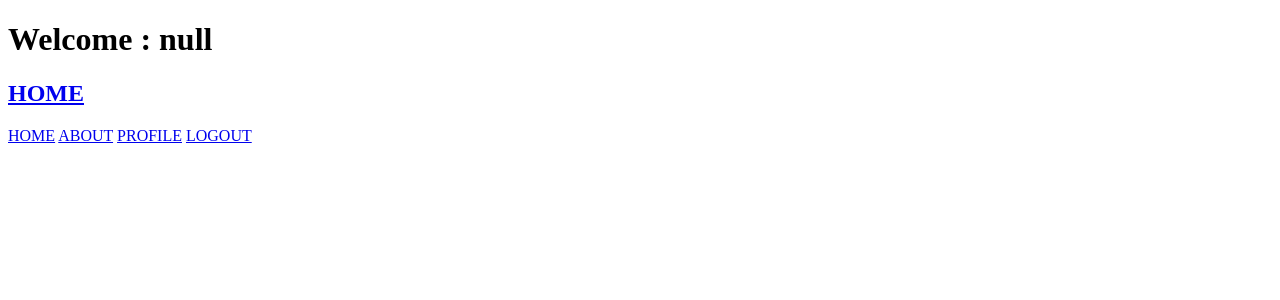
Repository: sarcasticbhuvie/ServletJSP
Page: http://localhost/03-HttpSessoin/index.jsp
The author's editor kept a copy of each file at every save. The page is drawn from the files as they stood at one save, then again after the next save.
The browser window is 1280 px wide. The pictures show the whole page.
The page is served by Tomcat 10.

Above is the page before, as saved 2024-01-02 14:31:33.

After the next save:
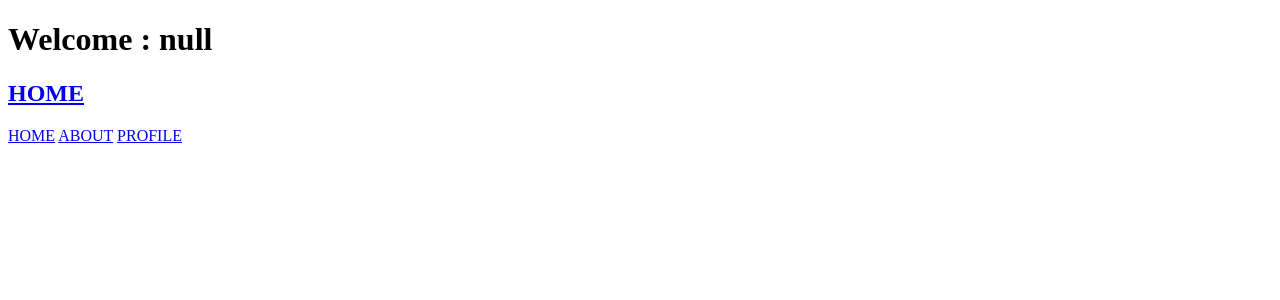
Saved 3 min 3 s later.
--- a/03-HttpSessoin/src/main/webapp/index.jsp
+++ b/03-HttpSessoin/src/main/webapp/index.jsp
@@ -15,6 +15,5 @@
 	<span><a href="index.jsp">HOME</a></span>
 	<span><a href="about.jsp">ABOUT</a></span>
 	<span><a href="profile.jsp">PROFILE</a></span>
-	<span><a href="logout">LOGOUT</a></span>
 </body>
 </html>
